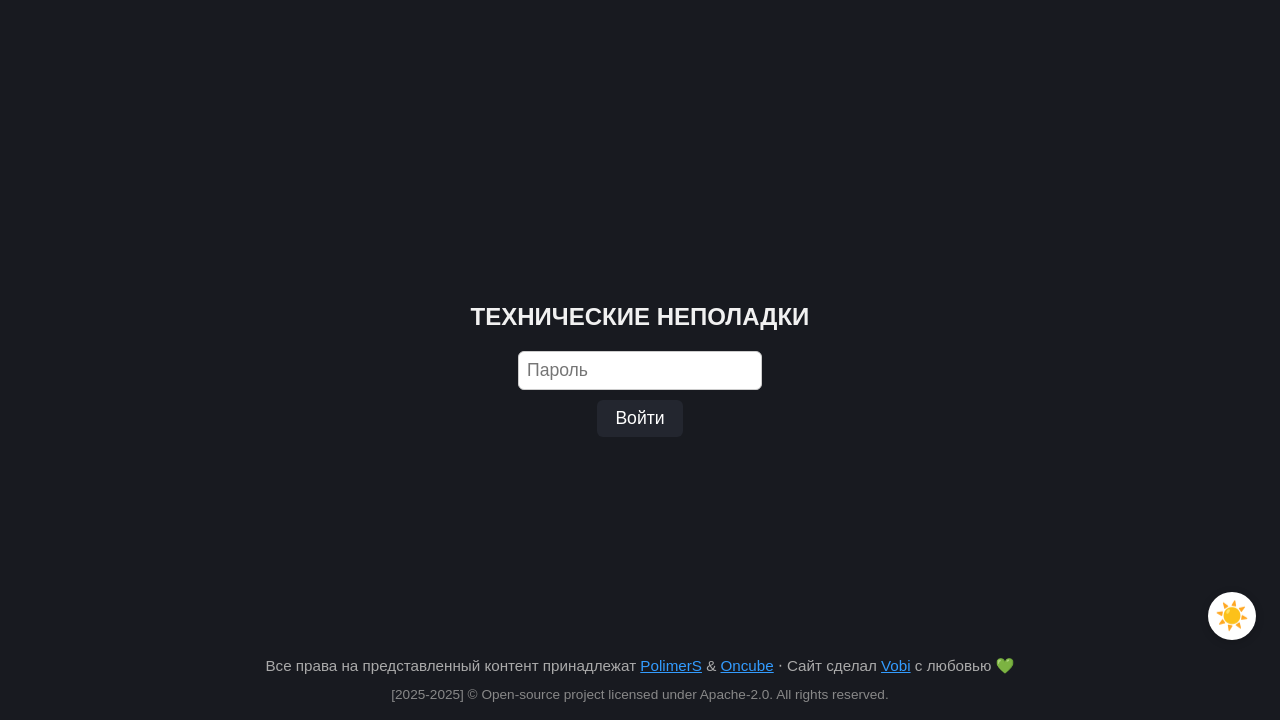
Repository: oncube-dev/OnCube-dev_website
Page: files_for_hosting/html_plus_js.version/index.html
These files come from the project's save history. The page is drawn as it stood at one moment and after the next save; the edit follows.
The browser window is 1280 px wide. The pictures show the whole page.
The page's requests for data from a server got no answer.

Above is the page before, as saved 2025-07-28 14:43:10.

### files_for_hosting/html_plus_js.version/index.html
<!DOCTYPE html>
<html lang="ru">
<head>
    <meta charset="UTF-8">
    <title>Полимер, когда видео?</title>
    <link rel="stylesheet" href="style.css">
    <style>
        body { transition: background 0.2s, color 0.2s; }
        #auth-copyright {
            position: absolute;
            left: 0;
            right: 0;
            bottom: 24px;
            text-align: center;
            font-size: 0.85em;
            color: #888;
            width: 100%;
            pointer-events: none;
        }
        .footer-note {
            position: fixed;
            left: 0;
            right: 0;
            bottom: 45px;
            text-align: center;
            font-size: 0.95em;
            color: #888;
            width: 100vw;
            z-index: 101;
            background: none;
            pointer-events: none;
        }
        #auth-copyright {
            position: fixed;
            left: 0;
            right: 0;
            bottom: 18px;
            text-align: center;
            font-size: 0.85em;
            color: #888;
            width: 100vw;
            pointer-events: none;
            z-index: 100;
        }
    </style>
</head>
<body>
    <div id="auth-container" style="display:flex; flex-direction:column; align-items:center; justify-content:center; min-height:100vh; position:relative;">
       <h2>ТЕХНИЧЕСКИЕ НЕПОЛАДКИ</h2>
        <input type="password" id="password-input" placeholder="Пароль" style="padding:8px; font-size:1.1em; margin-bottom:10px; border-radius:6px; border:1px solid #ccc;">
        <button id="login-btn" style="padding:8px 18px; font-size:1.1em; border-radius:6px; border:none; background:#23262f; color:#fff; cursor:pointer;">Войти</button>
        <div id="auth-error" style="color:#d32f2f; margin-top:10px; display:none;">Неверный пароль!</div>
    </div>
    <div id="main-content" style="display:none;">
        <div class="timer-container">
            <h1>С момента выхода последнего видео PolimerS прошло:</h1>
            <div id="timer">Загрузка...</div>
        </div>
    </div>
    <button id="theme-toggle" class="theme-toggle-btn" title="Переключить тему">🌙</button>
    <footer class="footer-note">
        Все права на представленный контент принадлежат <a href="https://www.youtube.com/@PolimerS" target="_blank" style="text-decoration:underline;">PolimerS</a> & <a href="https://github.com/oncube-dev" target="_blank" style="text-decoration:underline;">Oncube</a> ⋅ Сайт сделал <a href="https://vobi.bio.link/" target="_blank" style="text-decoration:underline;">Vobi</a> с любовью 💚
    </footer>
    <div id="auth-copyright">[2025-2025] © Open-source project licensed under Apache-2.0. All rights reserved.</div>
    <script>
        const API_KEY = 'AIzaSyD_5JR2KFtfjfmsiwnueCyyJkvWOh__aOI';
        const CHANNEL_ID = 'UCACwRQLU0Bq5yxijfnBPRfQ';

        let startDate = null;

        async function fetchLastVideoDate() {
            try {
                const apiUrl = `https://www.googleapis.com/youtube/v3/search?key=${API_KEY}&channelId=${CHANNEL_ID}&part=snippet,id&order=date&maxResults=1`;
                const response = await fetch(apiUrl);
                if (!response.ok) throw new Error('Ошибка запроса к YouTube API');
                const data = await response.json();
                const video = data.items && data.items[0];
                if (video && video.snippet && video.snippet.publishedAt) {
                    startDate = new Date(video.snippet.publishedAt);
                } else {
                    throw new Error('Не удалось получить дату видео');
                }
            } catch (e) {
                document.getElementById('timer').textContent = 'Ошибка загрузки даты видео!';
                console.error(e);
            }
        }


        function updateTimer() {
            if (!startDate) return;
            const now = new Date();
            let diff = now - startDate;
            if (diff < 0) diff = 0;
            let seconds = Math.floor(diff / 1000);
            const days = Math.floor(seconds / (24 * 3600));
            seconds %= 24 * 3600;
            const hours = Math.floor(seconds / 3600);
            seconds %= 3600;
            const minutes = Math.floor(seconds / 60);
            seconds %= 60;
            function plural(n, one, two, five) {
                n = Math.abs(n) % 100;
                let n1 = n % 10;
                if (n > 10 && n < 20) return five;
                if (n1 > 1 && n1 < 5) return two;
                if (n1 == 1) return one;
                return five;
            }
            const daysText = plural(days, 'день', 'дня', 'дней');
            const hoursText = plural(hours, 'час', 'часа', 'часов');
            const minutesText = plural(minutes, 'минута', 'минуты', 'минут');
            const secondsText = plural(seconds, 'секунда', 'секунды', 'секунд');
            document.getElementById('timer').textContent = `${days} ${daysText} ${hours} ${hoursText} ${minutes} ${minutesText} ${seconds} ${secondsText}`;
        }

        async function initTimer() {
            document.getElementById('timer').textContent = 'Загрузка даты видео...';
            await fetchLastVideoDate();
            if (startDate) {
                updateTimer();
                setInterval(updateTimer, 1000);
            }
        }
        initTimer();

        const toggleBtn = document.getElementById('theme-toggle');
        const darkClass = 'dark-theme';
        let themePref = localStorage.getItem('theme');
        let isDark = themePref === null ? true : themePref === 'dark';
        setTheme(isDark);
        toggleBtn.onclick = () => {
            isDark = !isDark;
            setTheme(isDark);
            localStorage.setItem('theme', isDark ? 'dark' : 'light');
        };
        function setTheme(isDark) {
            if (isDark) {
                document.body.classList.add(darkClass);
                toggleBtn.textContent = '☀️';
            } else {
                document.body.classList.remove(darkClass);
                toggleBtn.textContent = '🌙';
            }
        }
    </script>
    <script>
        // --- ЧЕК-ИН ---
        const AUTH_PASSWORD = 'PS';
        const authContainer = document.getElementById('auth-container');
        const mainContent = document.getElementById('main-content');
        const loginBtn = document.getElementById('login-btn');
        const passwordInput = document.getElementById('password-input');
        const authError = document.getElementById('auth-error');
        function tryLogin() {
            if (passwordInput.value === AUTH_PASSWORD) {
                authContainer.style.display = 'none';
                mainContent.style.display = '';
            } else {
                authError.style.display = 'block';
                passwordInput.value = '';
                passwordInput.focus();
            }
        }
        loginBtn.onclick = tryLogin;
        passwordInput.addEventListener('keydown', function(e) {
            if (e.key === 'Enter') tryLogin();
        });
        // --- КОНЕЦ ЧЕК-ИНА ---
    </script>
</body>
</html>

### files_for_hosting/html_plus_js.version/style.css
body {
    background: #181a20;
    color: #f1f1f1;
    font-family: Arial, sans-serif;
    margin: 0;
    padding: 0;
    height: 100vh;
    display: flex;
    align-items: center;
    justify-content: center;
}

.timer-container {
    background: #23262f;
    padding: 40px 60px;
    border-radius: 16px;
    box-shadow: 0 4px 24px rgba(0,0,0,0.32);
    text-align: center;
    color: #f1f1f1;
}

.timer-container h1 {
    font-size: 2rem;
    font-weight: bold;
    color: #f1f1f1;
}

#timer {
    font-size: 3.5rem;
    font-weight: bold;
    margin-top: 8px;
    color: #111;
    letter-spacing: 1px;
}

.footer-note {
    font-size: 0.85rem;
    color: #aaa;
    text-align: center;
    position: fixed;
    left: 0;
    width: 100vw;
    bottom: 20px;
    margin: 0;
    z-index: 100;
    box-sizing: border-box;
}

.footer-note a {
    color: #339cff;
    text-decoration: underline;
}

.theme-toggle-btn {
    position: fixed;
    right: 24px;
    bottom: 80px;
    z-index: 200;
    background: #23262f;
    color: #ffe066;
    border: none;
    border-radius: 50%;
    width: 48px;
    height: 48px;
    font-size: 1.7rem;
    cursor: pointer;
    box-shadow: 0 2px 8px rgba(0,0,0,0.18);
    transition: background 0.2s, color 0.2s;
}
.theme-toggle-btn:hover {
    background: #ffe066;
    color: #23262f;
}

body {
    background: #f5f5f5;
    color: #23262f;
}
.timer-container {
    background: #fff;
    color: #23262f;
    box-shadow: 0 4px 24px rgba(0,0,0,0.08);
}
.timer-container h1 {
    color: #23262f;
}
#timer {
    color: #111;
}
.footer-note {
    color: #888;
}
.footer-note a {
    color: #1976d2;
}

body.dark-theme {
    background: #181a20;
    color: #f1f1f1;
}
.dark-theme .timer-container {
    background: #23262f;
    color: #f1f1f1;
    box-shadow: 0 4px 24px rgba(0,0,0,0.32);
}
.dark-theme .timer-container h1 {
    color: #f1f1f1;
}
.dark-theme #timer {
    color: #fff;
}
.dark-theme .footer-note {
    color: #aaa;
}
.dark-theme .footer-note a {
    color: #339cff;
}
.dark-theme .theme-toggle-btn {
    background: #fff;
    color: #23262f;
}
.dark-theme .theme-toggle-btn:hover {
    background: #23262f;
    color: #ffe066;
}

After the next save:
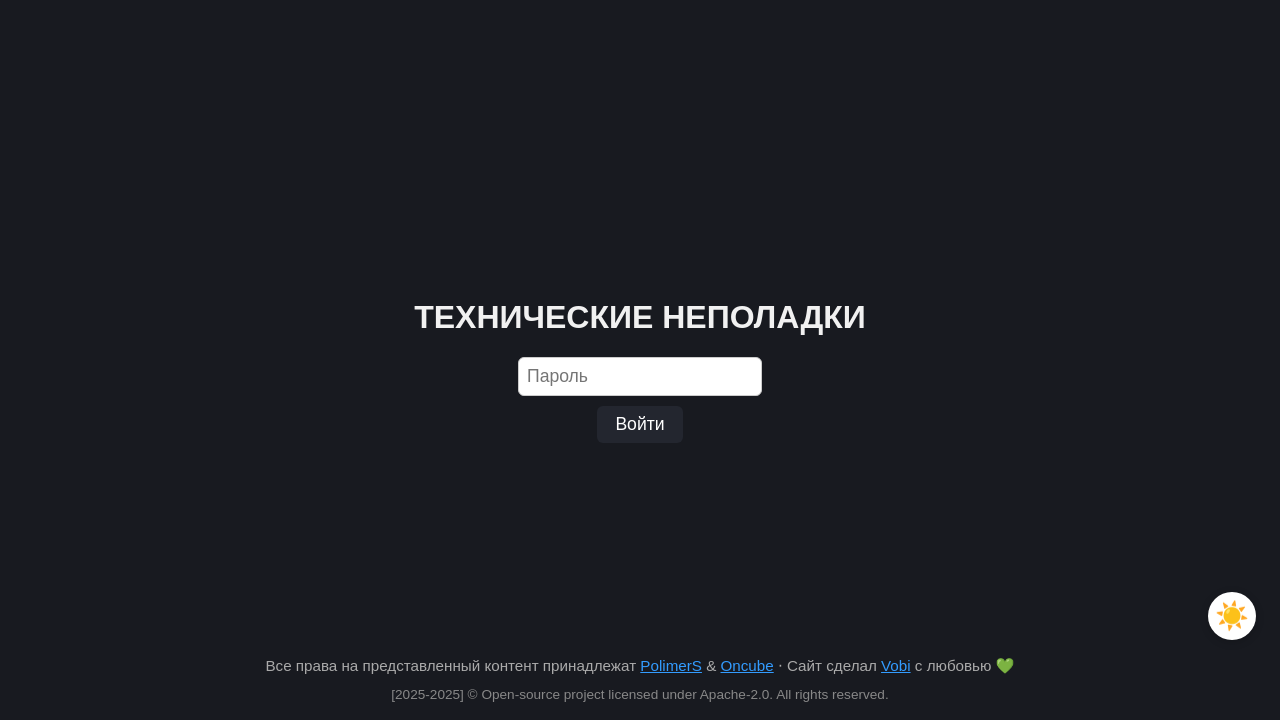
Saved 10 s later.
--- a/files_for_hosting/html_plus_js.version/index.html
+++ b/files_for_hosting/html_plus_js.version/index.html
@@ -46,7 +46,7 @@
 </head>
 <body>
     <div id="auth-container" style="display:flex; flex-direction:column; align-items:center; justify-content:center; min-height:100vh; position:relative;">
-       <h2>ТЕХНИЧЕСКИЕ НЕПОЛАДКИ</h2>
+       <h1>ТЕХНИЧЕСКИЕ НЕПОЛАДКИ</h1>
         <input type="password" id="password-input" placeholder="Пароль" style="padding:8px; font-size:1.1em; margin-bottom:10px; border-radius:6px; border:1px solid #ccc;">
         <button id="login-btn" style="padding:8px 18px; font-size:1.1em; border-radius:6px; border:none; background:#23262f; color:#fff; cursor:pointer;">Войти</button>
         <div id="auth-error" style="color:#d32f2f; margin-top:10px; display:none;">Неверный пароль!</div>
